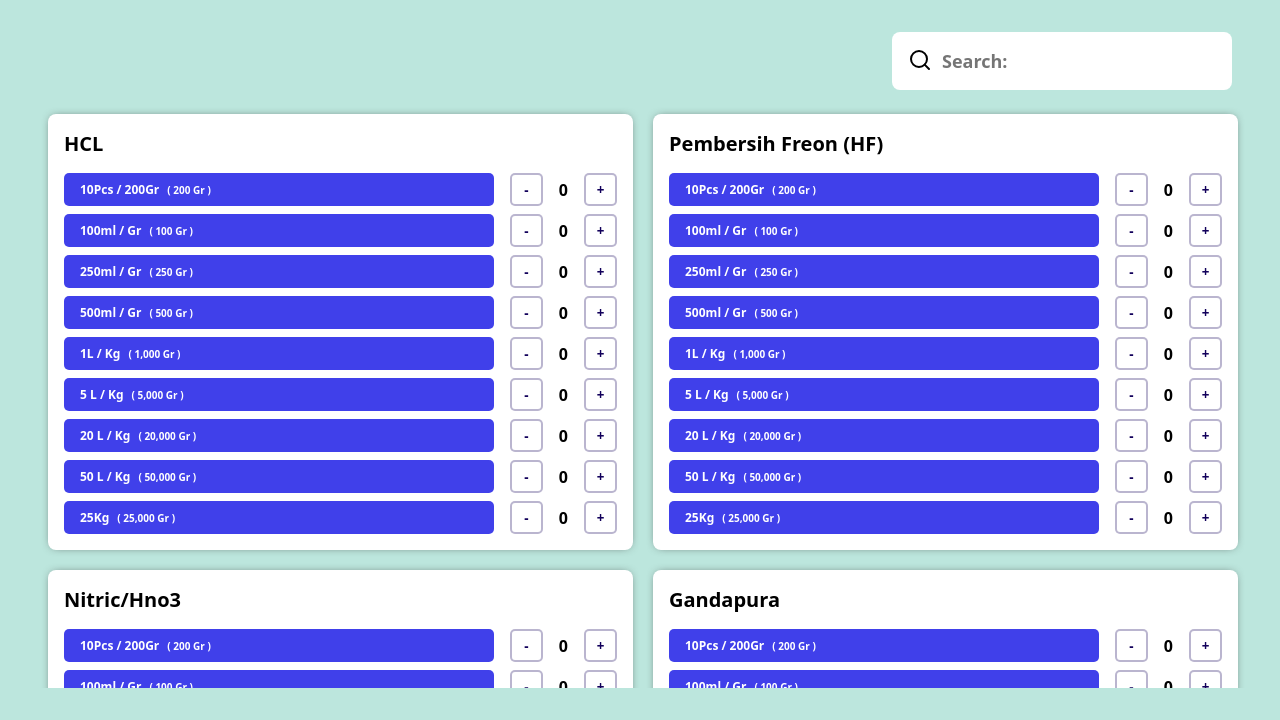
Repository: zuraniumlab-design/upstock-amsk
Page: /
The author's editor kept a copy of each file at every save. The page is drawn from the files as they stood at one save, then again after a run of saves.
The browser window is 1280 px wide. The pictures show the whole page.
An inner scrolling area shows only its first screen. The project was rebuilt for these pictures with package versions that can differ from the ones it lists, and the page was loaded fresh each time. Also part of the build but not shown: vite.config.js.

Above is the page before, as saved 2026-06-18 17:27:40.

### index.html
<!doctype html>
<html lang="en">
  <head>
    <meta charset="UTF-8" />
    <link rel="icon" type="image/svg+xml" href="/favicon.svg" />
    <meta name="viewport" content="width=device-width, initial-scale=1.0" />
    <meta name="author" content="muhammad hakim ilahi">
    <title>UpStock</title>
  </head>
  <body>
    <div id="root"></div>
    <script type="module" src="/src/main.jsx"></script>
  </body>
</html>

### src/main.jsx
import { StrictMode } from 'react'
import { createRoot } from 'react-dom/client'
import './index.css'
import App from './App.jsx'
import { RouterProvider } from 'react-router-dom'
import router from './router.jsx'

createRoot(document.getElementById('root')).render(
  <RouterProvider router={router}></RouterProvider>
)

### src/index.css
* {
  box-sizing: border-box;
  font-family: system-ui, -apple-system, BlinkMacSystemFont, 'Segoe UI', Roboto, Oxygen, Ubuntu, Cantarell, 'Open Sans', 'Helvetica Neue', sans-serif;
}

body {
  margin: 0;
}

div {
  display: flex;
}

### src/router.jsx
import { createBrowserRouter } from "react-router-dom";
import App from "./App";


const router = createBrowserRouter([
  {
    element: <App />,
    path: '/'
  }
])

export default router

### src/App.module.css
.container {
  background-color: #bce6dd;
  height: 100vh;
  width: 100vw;
  padding: 2rem;
}

/*? SIDEBAR START */
.sidebar {

}
/*? SIDEBAR END */

.content {
  height: calc(100vh - 4rem);
  width: 100%;
  gap: 0.5rem;
  overflow: hidden;
  position: relative;
  flex-direction: column;
}

/*? HEAD START */
.head {
  height: fit-content;
  padding-inline: 1rem;
  justify-content: end;
}

.search {
  background-color: #fff;
  padding: 1rem;
  gap: 0.5rem;
  border-radius: 8px;
}
.inputSearch {
  border: 0;
  font-size: 18px;
  font-weight: bold;
}
.inputSearch:focus {
  outline: none;

}
/*? HEAD END */

.items {
  width: calc(100vw - 4rem);
  padding: 1rem;
  padding-right: 10px;
  overflow-y: auto;
  overflow-x: hidden;
  gap: 20px;
  flex-wrap: wrap;
}
.items::-webkit-scrollbar {
  background-color: transparent;
  width: 0.5rem;
}
.items::-webkit-scrollbar-thumb {
  background-color: #12005b;
  border-radius: 1rem;

}

.item {
  background-color: #fff;
  padding: 1rem;
  border-radius: 8px;
  width: fit-content;
  min-width: 30vw;
  flex-direction: column;
  justify-content: space-between;
  flex: 1;
  gap: 1rem;
  box-shadow: 0 0 10px -4px #333;
}

.product {
  font-size: 20px;
  font-weight: bold;
}

.weights {
  justify-content: space-between;
  gap: 0.5rem;
  flex-direction: column;
  flex: 1;
}

.weight {
  gap: 1rem;
}

.display {
  flex: 1;
  background-color: rgb(64, 64, 234);
  border-radius: 5px;
  color: white;
  font-weight: bold;
  font-size: 12px;
  align-items: center;
  padding: 0.5rem 1rem;
}
.display span {
  margin-left: 0.5rem;
  font-size: 10px;
}

.stock {
  align-items: center;
  justify-content: center;
  gap: 1rem;
}
.stock > * {
  font-weight: bold;
}
.stock button {
  background-color: #fff;
  border: 2px solid #12005b4a;
  height: 100%;
  aspect-ratio: 1 / 1;
  border-radius: 5px;
  display: flex;
  align-items: center;
  justify-content: center;
  color: #12005b;
  cursor: pointer;
}

Loaded but not shown: src/App.jsx (1558 lines, source omitted)

After the next 2 saves:
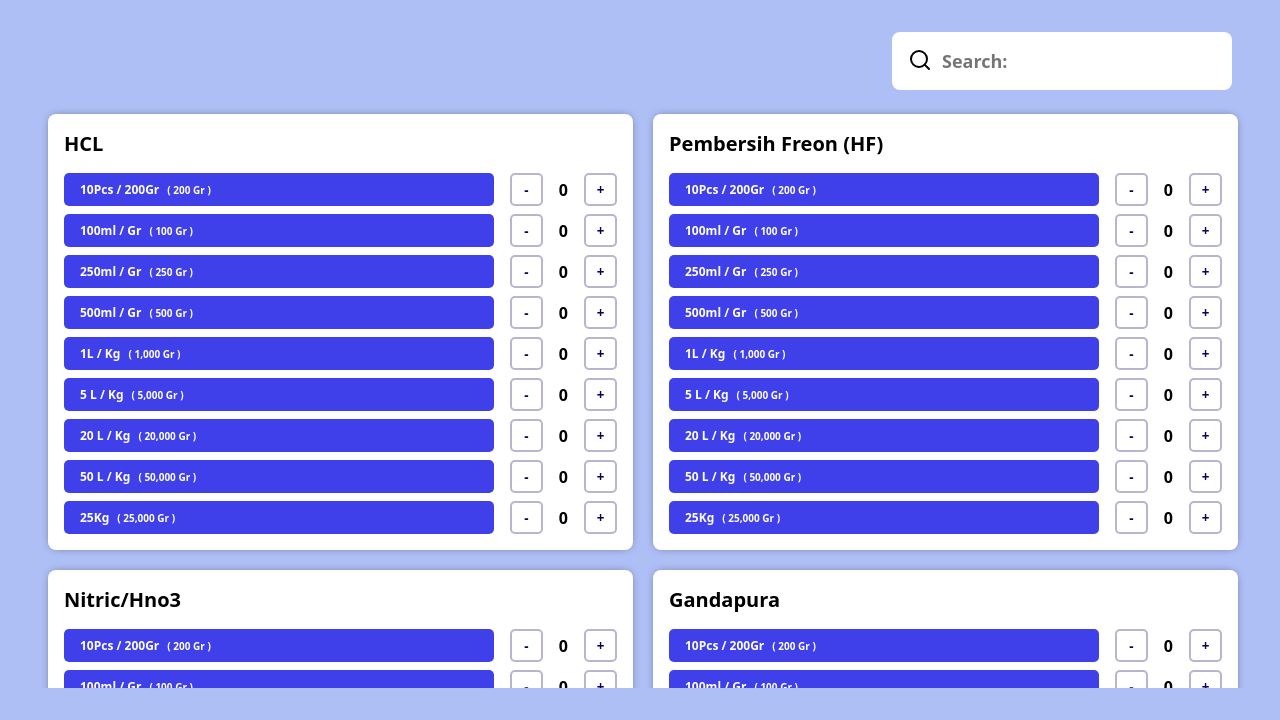
The 2 saves are shown as one change because they came seconds apart.
The last was saved 16 s later.
--- a/src/App.module.css
+++ b/src/App.module.css
@@ -1,5 +1,5 @@
 .container {
-  background-color: #bce6dd;
+  background-color: #aebff5;
   height: 100vh;
   width: 100vw;
   padding: 2rem;
